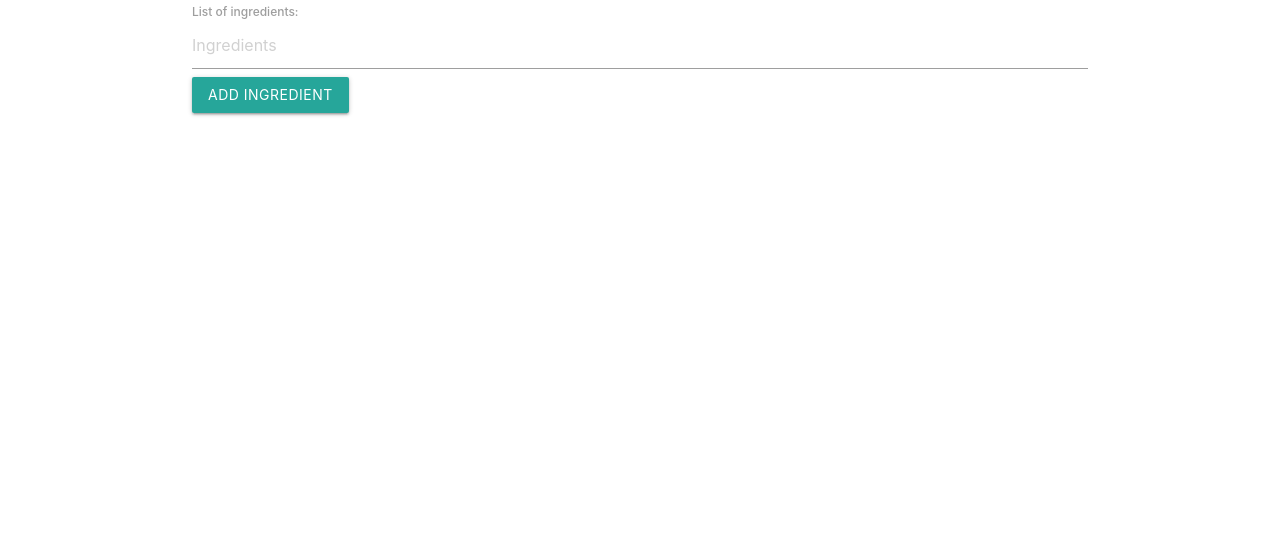
Repository: Aaron-R-Carter/Project1
Page: prototype.html
An editor plug-in stored every save of this project. The page is shown before and after a run of saves, followed by the edit.
The browser window is 1280 px wide. The pictures show the whole page.

Above is the page before, as saved 2019-10-31 20:50:02.
Console error: SyntaxError: Unexpected token '<'

### prototype.html
<!DOCTYPE html>
<html>

<head>
    <!--Import Google Icon Font-->
    <link href="https://fonts.googleapis.com/icon?family=Material+Icons" rel="stylesheet">
    <!--Import materialize.css-->
    <link rel="stylesheet" href="https://cdnjs.cloudflare.com/ajax/libs/materialize/1.0.0/css/materialize.min.css">
    <link rel="stylesheet" href="./prototype.css">
    <!--Let browser know website is optimized for mobile-->
    <meta name="viewport" content="width=device-width, initial-scale=1.0" />

</head>

<body>

    <div class="container">
        <div id="form-page">
        <form id="ingredient-form">
            <strong><label for="ingredient-input">List of ingredients:</label></strong>
            <br>
            <input type="text" id="ingredient-input" placeholder="Ingredients">

            <!-- Button will trigger new ingredient to be added -->
            <input id="add " class="btn btn-primary mb-2" type="submit" value="add ingredient">
        </form>

        <div id="ingredient-view-button"></div>
        </div>
    </div>



    <script src="https://code.jquery.com/jquery-3.4.1.min.js"
        integrity="sha256-CSXorXvZcTkaix6Yvo6HppcZGetbYMGWSFlBw8HfCJo=" crossorigin="anonymous"></script>
    <script src="https://cdnjs.cloudflare.com/ajax/libs/materialize/1.0.0/js/materialize.min.js"></script>
    <script src="./script.js"></script>

</body>

</html>

### prototype.css
#form-page {
    width: 100%;
    height: 500px;
    border:
}

### script.js

    <div id="left-box">
    <form id="ingredient-form">
        <label for="ingredient-input">List of Ingredients:</label>
        <br>
        <input type="text" id="ingredient-input" placeholder="Ingredients">

        <!-- Button will trigger new ingredients to be added -->
        <input id="add " class="btn btn-primary mb-2" type="submit" value="Add a zipcode">
    </form>

    <div id="zipcode-view"></div>
</div>

After the next 2 saves:
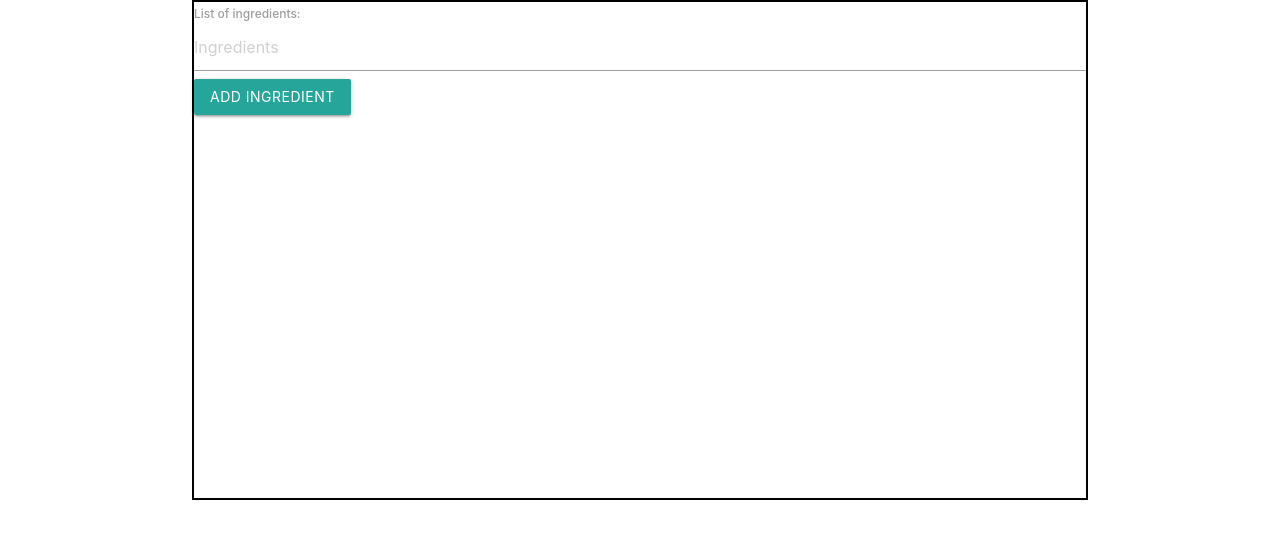
The 2 saves are shown as one change because they came seconds apart.
The last was saved 9 s later.
--- a/prototype.css
+++ b/prototype.css
@@ -1,5 +1,5 @@
 #form-page {
     width: 100%;
     height: 500px;
-    border:
+    border: 2px solid black;
 }
